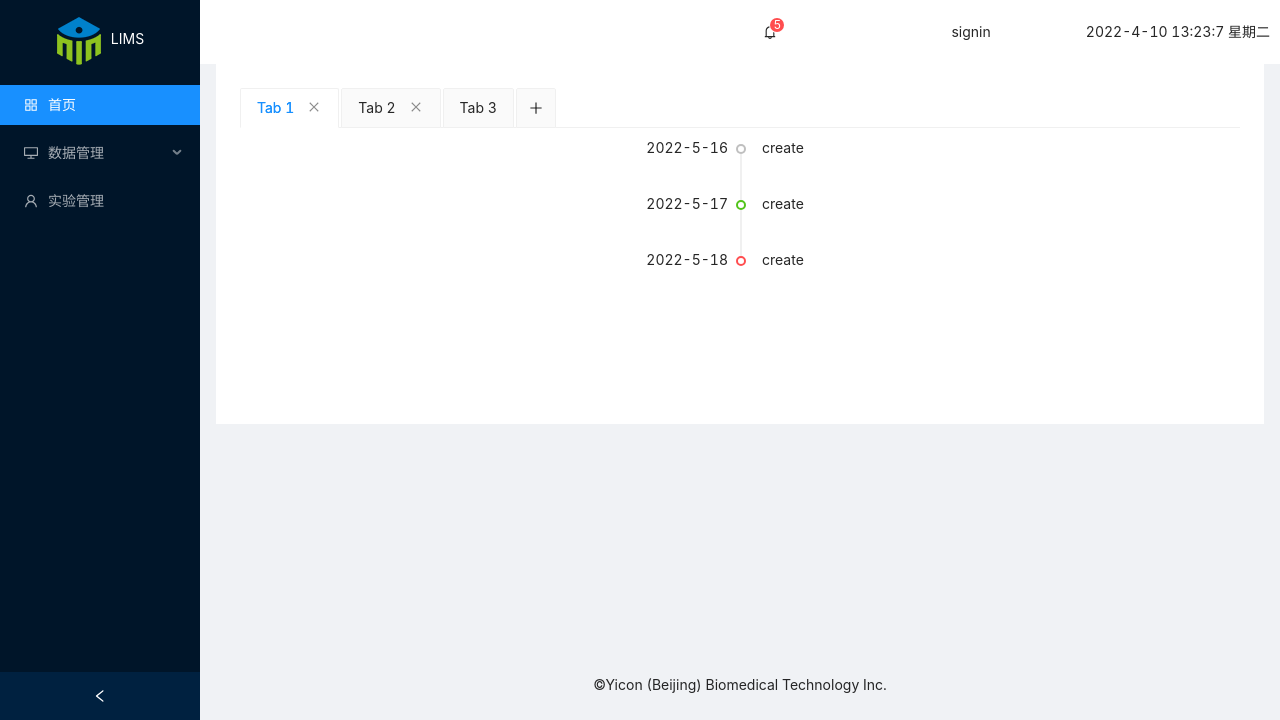
Repository: cornerdream/lims
Page: /experiment
An editor plug-in stored every save of this project. The page is shown before and after the next save, followed by the edit.
The browser window is 1280 px wide. The pictures show the whole page.
The project was rebuilt for these pictures with package versions that can differ from the ones it lists, and the page was loaded fresh each time. Also part of the build but not shown: src/components/core/home.js, src/components/core/signin.js, src/components/core/moreOrder.js, src/components/core/moreSample.js, src/components/core/moreReport.js, src/components/core/moreProject.js, src/components/core/moreResources.js, src/components/views/data.js and 2 more.

Above is the page before, as saved 2022-05-18 14:32:08.

After the next save:
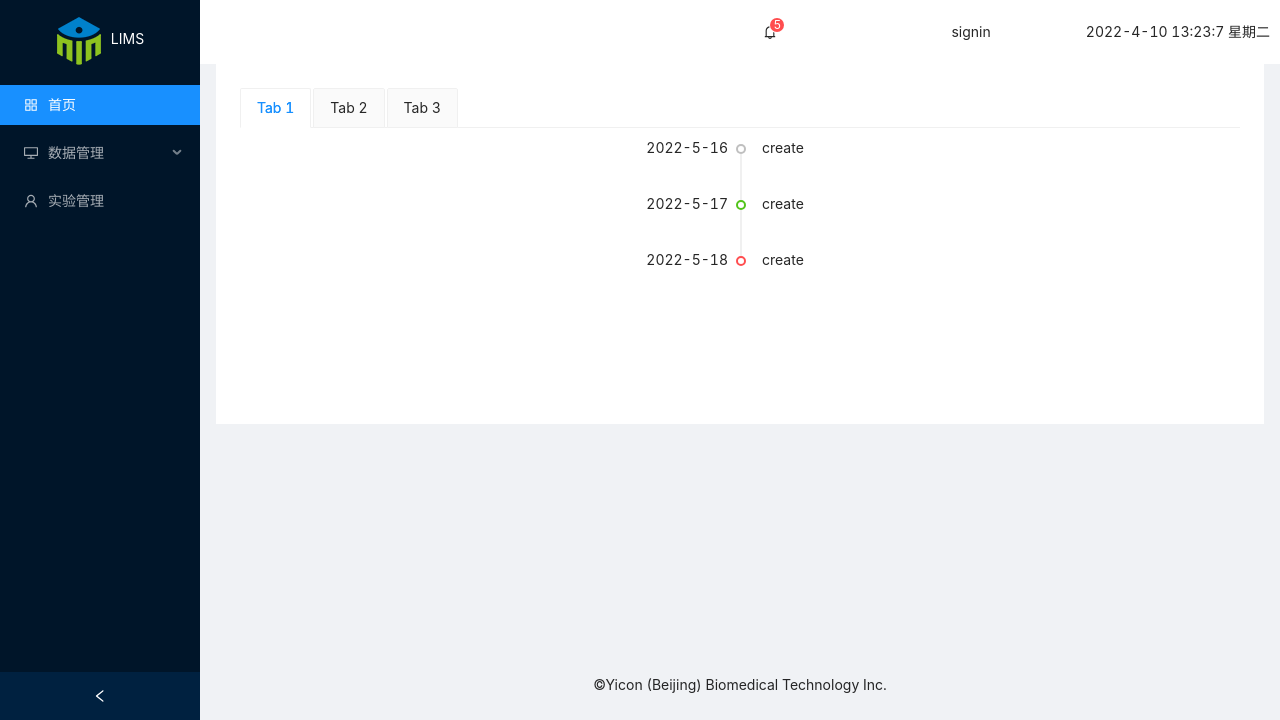
Saved 10 min 20 s later.
--- a/src/components/views/experiment.js
+++ b/src/components/views/experiment.js
@@ -68,7 +68,7 @@ class Experiment extends Component {
     const { panes, activeKey } = this.state;
     return (
       <Tabs
-        type="editable-card"
+        type="card"
         onChange={this.onChange}
         activeKey={activeKey}
         onEdit={this.onEdit}
